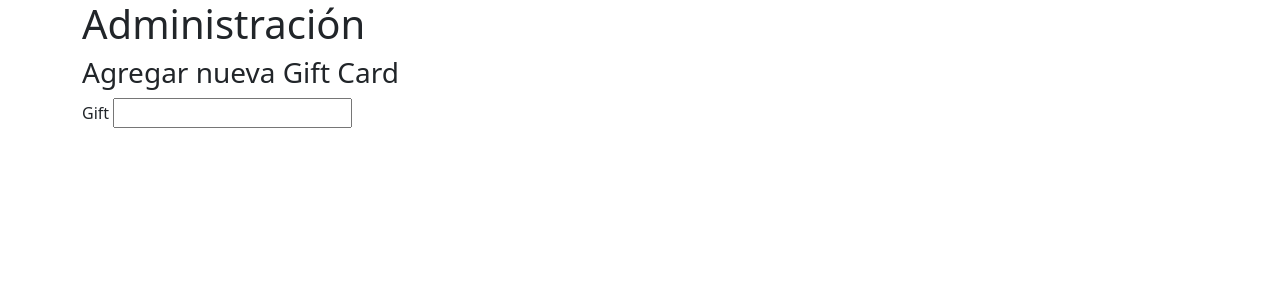
Repository: pedro-donoso/vanilla-js
Page: index.html
The author's editor kept a copy of each file at every save. The page is drawn from the files as they stood at one save, then again after the next save.
The browser window is 1280 px wide. The pictures show the whole page.

Above is the page before, as saved 2024-01-31 13:20:00.
Console error: SyntaxError: Unexpected identifier 'assert'

### index.html
<!doctype html>
<html lang="es">

<head>
    <meta charset="utf-8">
    <meta name="viewport" content="width=device-width, initial-scale=1">
    <title>CRUD JavaScript</title>
    <link href="https://cdn.jsdelivr.net/npm/bootstrap@5.3.2/dist/css/bootstrap.min.css" rel="stylesheet"
        integrity="sha384-T3c6CoIi6uLrA9TneNEoa7RxnatzjcDSCmG1MXxSR1GAsXEV/Dwwykc2MPK8M2HN" crossorigin="anonymous">
</head>

<body>

    <div class="container">
        <div class="row">
            <div class="col">
                <h1>Administración</h1>
            </div>
        </div>
        <div class="row">
            <div class="col">
                <h3>Agregar nueva Gift Card</h3>
                <form>
                    <div class="row">
                        <div class="col">
                            <label>Gift</label>
                            <input type="text">
                        </div>
                    </div>
                </form>
            </div>
        </div>
    </div>


    <script src="https://cdn.jsdelivr.net/npm/bootstrap@5.3.2/dist/js/bootstrap.bundle.min.js"
        integrity="sha384-C6RzsynM9kWDrMNeT87bh95OGNyZPhcTNXj1NW7RuBCsyN/o0jlpcV8Qyq46cDfL"
        crossorigin="anonymous"></script>

        <script src="./js/app.js" type="module"></script>

</body>

</html>

### js/app.js
import datos from '../data/data.json' assert{type:"json"};
import {Gift} from './clases'

After the next save:
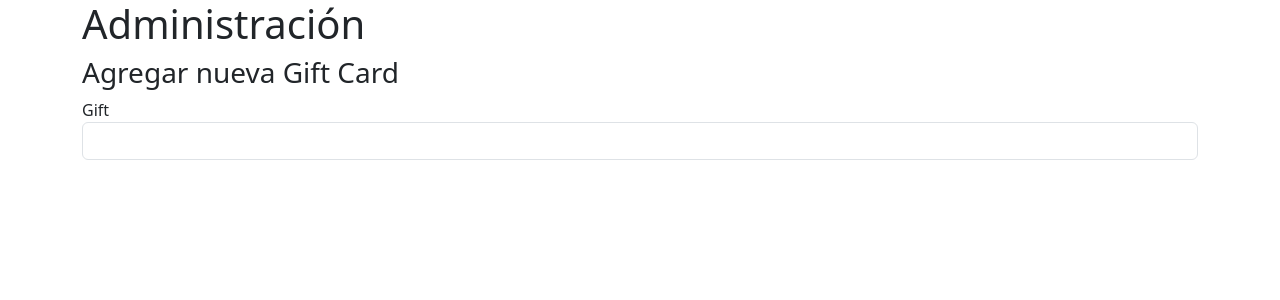
Saved 8 s later.
--- a/index.html
+++ b/index.html
@@ -24,7 +24,7 @@
                     <div class="row">
                         <div class="col">
                             <label>Gift</label>
-                            <input type="text">
+                            <input type="text" class="form-control">
                         </div>
                     </div>
                 </form>
